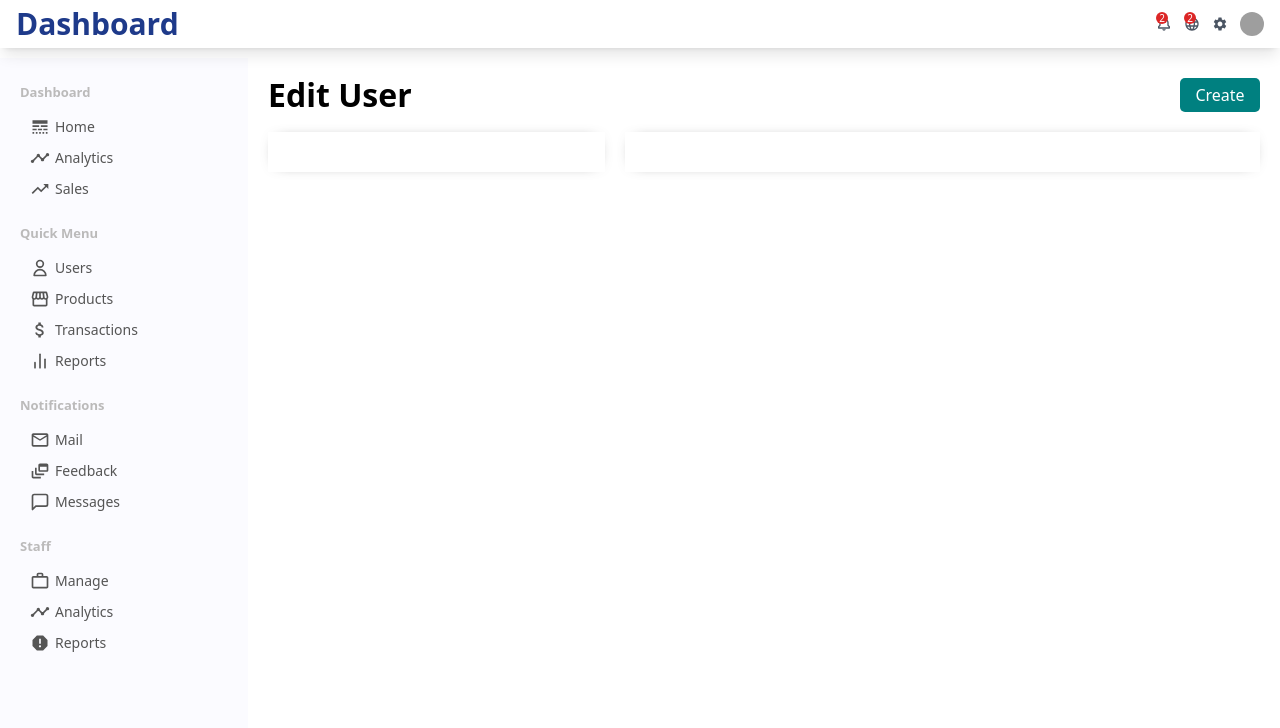
Repository: nation430/React-AdminDashboard
Page: /user/1
An editor plug-in stored every save of this project. The page is shown before and after the next save, followed by the edit.
The browser window is 1280 px wide. The pictures show the whole page.
Pictures or frames that could not be fetched are drawn as grey boxes. The project was rebuilt for these pictures with package versions that can differ from the ones it lists, and the page was loaded fresh each time. Also part of the build but not shown: src/pages/home/home.css, src/components/featuredInfo/featuredInfo.css, src/components/featuredInfo/FeaturedInfo.jsx, src/components/chart/chart.css, src/components/chart/Chart.jsx, src/dummyData.js, src/components/widgetSm/widgetSm.css, src/components/widgetSm/WidgetSm.jsx and 5 more.

Above is the page before, as saved 2022-08-31 09:59:57.

### public/index.html
<!DOCTYPE html>
<html lang="en">
  <head>
    <meta charset="utf-8" />
    <meta name="viewport" content="width=device-width, initial-scale=1" />
    <meta name="theme-color" content="#000000" />
    <meta
      name="description"
      content="Web site created using create-react-app"
    />
    <link rel="preconnect" href="https://fonts.googleapis.com" />
    <link rel="preconnect" href="https://fonts.gstatic.com" crossorigin />
    <link
      href="https://fonts.googleapis.com/css2?family=Source+Sans+Pro:wght@200;300;400;600;700&display=swap"
      rel="stylesheet"
    />

    <title>React Admin Dashboard</title>
  </head>
  <body>
    <noscript>You need to enable JavaScript to run this app.</noscript>
    <div id="root"></div>
  </body>
</html>

### src/index.css
@tailwind base;
h1 {
  @apply text-2xl;
}
h2 {
  @apply text-xl;
}
h3 {
  @apply text-lg;
}
@tailwind components;
@tailwind utilities;

* {
  margin: 0;
  padding:0;
  box-sizing: border-box;

}

### src/App.js
import Topbar from "./components/topbar/Topbar";
import Sidebar from "./components/sidebar/Sidebar";
import Home from "./pages/home/Home";
import "./app.css";
import { BrowserRouter as Router, Routes, Route } from "react-router-dom";
import UserList from "./pages/home/userList/UserList";
import User from "./pages/home/user/User";

function App() {
  return (
    <Router>
      <Topbar />
      <div className="wrapper flex h-full">
        <Sidebar />
        <Routes>
          <Route exact path="/">
            <Route path="/" element={<Home />} />
            <Route path="users" element={<UserList />} />
            <Route path="/user/:userId" element={<User />} />
          </Route>
        </Routes>
      </div>
    </Router>
  );
}

export default App;

### src/components/topbar/Topbar.jsx
import React from "react";
import  "./topbar.css";
import { BiBell } from 'react-icons/bi';
import { MdLanguage, MdSettings  } from "react-icons/md";


export default function Topbar () {
    return(
        <div className="topbar w-full h-12 bg-white sticky top-0 z-50 shadow-lg ">
            <div className="topbarWeapper flex items-center justify-between h-full px-4 py-0">
            <div className="topLeft">
                <span className="logo font-bold text-3xl text-blue-900 cursor-pointer ...">Dashboard</span>
            </div>
            <div className="topRight flex items-center">

                {/* First icon  */}
                <div className="topbarIconsContainer relative cursor-pointer ... ml-3 text-gray-600">
                <BiBell />
                <span className="topIconBadge absolute text-white bg-red-600 right-1 -top-1 flex items-center justify-center rounded-full text-xs h-3 w-3">2</span>
                </div>

                   {/*second icon  */}
                <div className="topbarIconsContainer relative cursor-pointer ... ml-3 text-gray-600">
                <MdLanguage />
                <span className="topIconBadge absolute text-white bg-red-600 right-1 -top-1 flex items-center justify-center rounded-full text-xs h-3 w-3">2</span>
                </div>


                    {/*third icon  */}
                <div className="topbarIconsContainer relative cursor-pointer ... mx-3 text-gray-600">
                < MdSettings  />
                </div>

                <img src="images/img.png" alt="BigCo Inc. logo"  className="topAvater w-6 h-6 rounded-full cursor-pointer ..."/>

            </div>
            </div>
        </div>
    )

}

### src/components/sidebar/Sidebar.jsx
import "./sidebar.css";
import { MdLineStyle, MdOutlineTimeline, MdTrendingUp, MdStorefront, MdAttachMoney, MdOutlineMail, MdDynamicFeed, MdWorkOutline, MdReport} from "react-icons/md";
import { HiOutlineUser} from "react-icons/hi";
import { FiBarChart2, FiMessageSquare} from "react-icons/fi";

export default function sidebar(){
    return(
        <div className="sidebar sticky">
        <div className="sidebarWrapper p-5">
            {/* first sidenavbar */}
            <div className="sidebarMenu mb-2.5">
                <h3 className="sidebarTitle">Dashboard</h3>
                <ul className="sidebarList px-4 py-0">
                    <li className="sidebarListItems flex items-center">
                    <MdLineStyle className="sidebarIcon"/>
                    Home
                    </li>

                    <li className="sidebarListItems flex items-center">
                    <MdOutlineTimeline className="sidebarIcon" />
                    Analytics
                    </li>


                    <li className="sidebarListItems flex items-center">
                    <MdTrendingUp className="sidebarIcon" />
                   Sales
                    </li>
                </ul>
            </div>

            {/* second sidenavbar */}
            <div className="sidebarMenu mb-2.5">
                <h3 className="sidebarTitle">Quick Menu</h3>
                <ul className="sidebarList px-4 py-1">
                    <li className="sidebarListItems flex items-center">
                    <HiOutlineUser className="sidebarIcon" />
                    Users
                    </li>

                    <li className="sidebarListItems flex  items-center" >
                    <MdStorefront className="sidebarIcon" />
                    Products
                    </li>

                    <li className="sidebarListItems flex items-center">
                    <MdAttachMoney className="sidebarIcon" />
                   Transactions
                    </li>


                    <li className="sidebarListItems flex items-center">
                    <FiBarChart2 className="sidebarIcon" />
                   Reports
                    </li>
                </ul>
            </div>

                {/* third sidenavbar */}
                <div className="sidebarMenu mb-2.5">
                <h3 className="sidebarTitle">Notifications</h3>
                <ul className="sidebarList px-4 py-1">
                    <li className="sidebarListItems flex items-center">
                    <MdOutlineMail className="sidebarIcon" />
                    Mail
                    </li>

                    <li className="sidebarListItems flex  items-center" >
                    <MdDynamicFeed className="sidebarIcon" />
                    Feedback
                    </li>

                    <li className="sidebarListItems flex items-center">
                    <FiMessageSquare className="sidebarIcon" />
                   Messages
                    </li>
                </ul>
            </div>

                {/* fourth sidenavbar */}
                <div className="sidebarMenu mb-2.5">
                <h3 className="sidebarTitle">Staff</h3>
                <ul className="sidebarList px-4 py-1">
                    <li className="sidebarListItems flex items-center">
                    <MdWorkOutline className="sidebarIcon" />
                    Manage
                    </li>

                    <li className="sidebarListItems flex  items-center" >
                    <MdOutlineTimeline className="sidebarIcon" />
                    Analytics
                    </li>

                    <li className="sidebarListItems flex items-center">
                    <MdReport className="sidebarIcon" />
                   Reports
                    </li>
                </ul>
            </div>
        </div>
        </div>
    )
}

### src/app.css

* {
    margin: 0;
    padding:0;
    box-sizing: border-box;

}


h1{
    font-size: 2em ;
    font-weight: bolder;
}

h2{
    font-size: 1.5em ;
    font-weight: bolder;
}

h3{
    font-size: 1.17em ;
    font-weight: bolder;
}

.wrapper{
    margin-top:10px;
}

### src/pages/home/user/User.jsx
import "./user.css";

export default function User(){
    return(

        <div className="user">
            <div className="userTitleContainer flex items-center justify-between">
                <h1 className="userTitle">Edit User</h1>
                <button className="userAddButton border-none cursor-pointer---">Create</button>
            </div>
            <div className="userContainer flex">
              <div className="userShow">
                  <div className="userShowTop"></div>
                  <div className="userSHowBottom"></div>
              </div>
              <div className="userUpdate"></div>
            </div>
        </div>
    )
}

### src/components/topbar/topbar.css
.text-xs{
    font-size: 10px;
  }

### src/components/sidebar/sidebar.css
.sidebar{
    flex: 1;
    height: calc(100vh - 50px);
    top:50px;
    background:rgb(251, 251, 255);
}

.sidebarWrapper{
    color: #555;
}

.sidebarTitle{
    font-size: 13px;
    color:rgb(187, 186, 186);
}

.sidebarList{
    padding:5px;
    font-size: 14px;;
}


.sidebarListItems {
    padding:5px;
    cursor: pointer;
    border-radius: 10px;
}

.sidebarListItems.active,
.sidebarListItems:hover{
    background:rgb(228, 228, 250);
}

.sidebarIcon{
    margin-right:5px;
    font-size:20px;
}

### src/pages/home/user/user.css
.user{
    flex: 4;
    padding: 20px;
  }

  .userAddButton{
      width:80px;
      padding:5px;
      background: teal;
      border-radius: 5px;
      color:white;
      font-size: 16px;

  }
  .userContainer{
      margin-top:20px;
  }

  .userShow{
      flex: 1;
      padding:20px;
      box-shadow: 0px 0px 15px -10px rgba(0,0,0,0.75);
    -webkit-box-shadow:0px 0px 15px -10px rgba(0,0,0,0.75);
    -moz-box-shadow: 0px 0px 15px -10px rgba(0,0,0,0.75);
  }

  .userUpdate{
    flex: 2;
    padding:20px;
    margin-left:20px;
    box-shadow: 0px 0px 15px -10px rgba(0,0,0,0.75);
  -webkit-box-shadow:0px 0px 15px -10px rgba(0,0,0,0.75);
  -moz-box-shadow: 0px 0px 15px -10px rgba(0,0,0,0.75);
}

Loaded but not shown: src/index.js (common file); tailwind.config.js (common file)

After the next save:
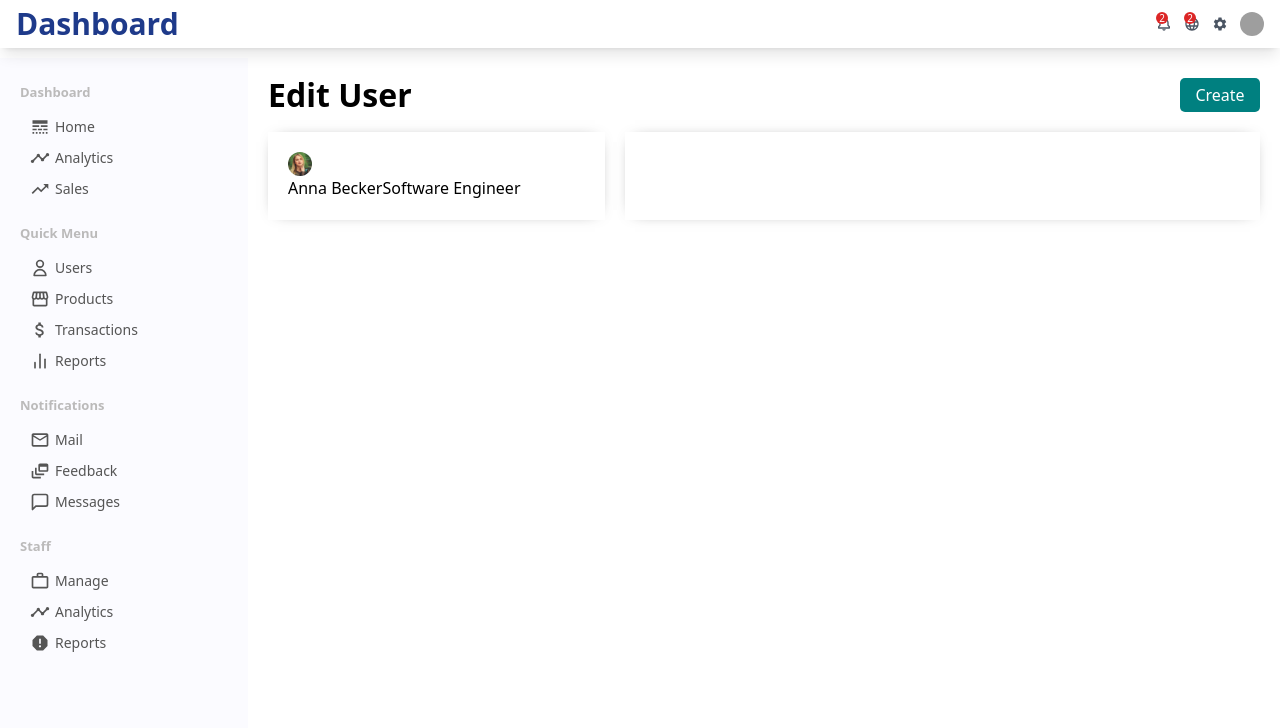
Saved 112 s later.
--- a/src/pages/home/user/User.jsx
+++ b/src/pages/home/user/User.jsx
@@ -10,8 +10,13 @@
             </div>
             <div className="userContainer flex">
               <div className="userShow">
-                  <div className="userShowTop"></div>
-                  <div className="userSHowBottom"></div>
+                  <div className="userShowTop">
+                  <img src="images/member1.jpg" alt="image" className="wiggetLgImg w-6 h-6 rounded-full object-cover" />
+                  </div>
+                  <div className="userShowTopTitle">
+              <span className="userShowUsername">Anna Becker</span>
+              <span className="userShowUserTitle">Software Engineer</span>
+            </div>
               </div>
               <div className="userUpdate"></div>
             </div>

After the 4 saves that followed:
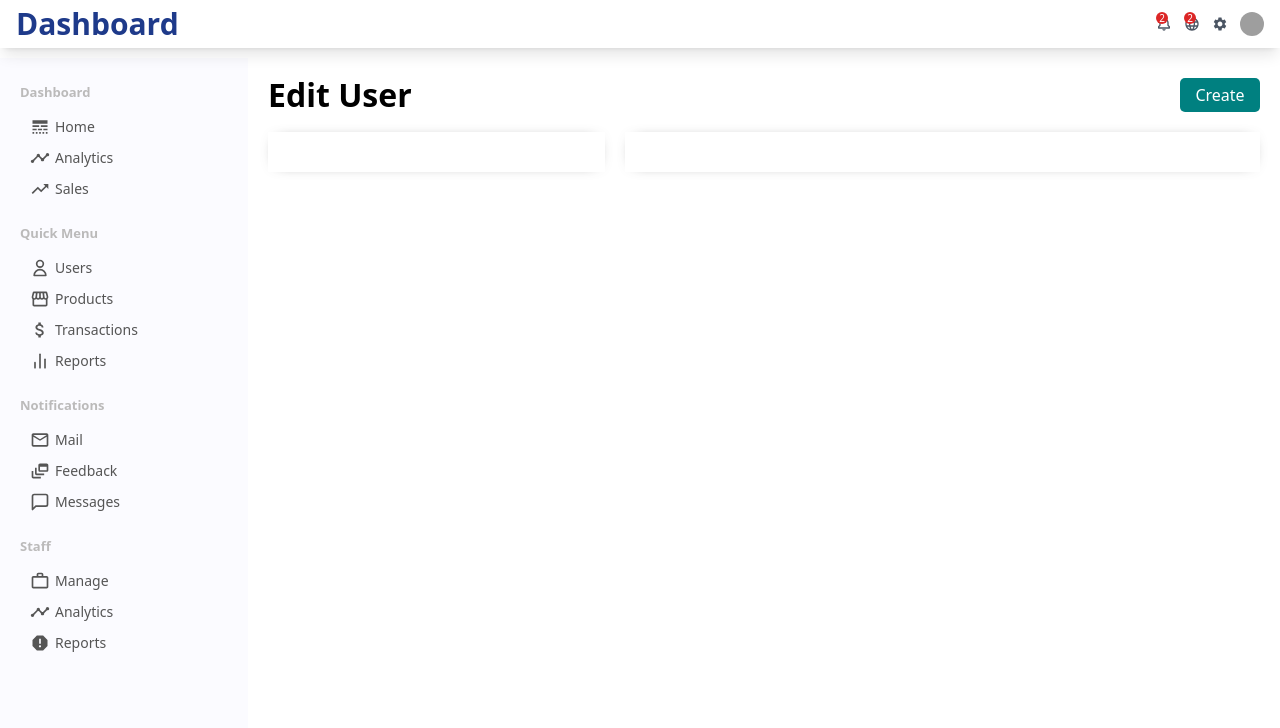
The 4 saves are shown as one change because 2 did not build or start and 1 left the picture as it was.
The last was saved 4 min 57 s later.
--- a/src/pages/home/user/User.jsx
+++ b/src/pages/home/user/User.jsx
@@ -11,12 +11,9 @@
             <div className="userContainer flex">
               <div className="userShow">
                   <div className="userShowTop">
-                  <img src="images/member1.jpg" alt="image" className="wiggetLgImg w-6 h-6 rounded-full object-cover" />
+
                   </div>
-                  <div className="userShowTopTitle">
-              <span className="userShowUsername">Anna Becker</span>
-              <span className="userShowUserTitle">Software Engineer</span>
-            </div>
+                  <div className="userSHowBottom"></div>
               </div>
               <div className="userUpdate"></div>
             </div>
